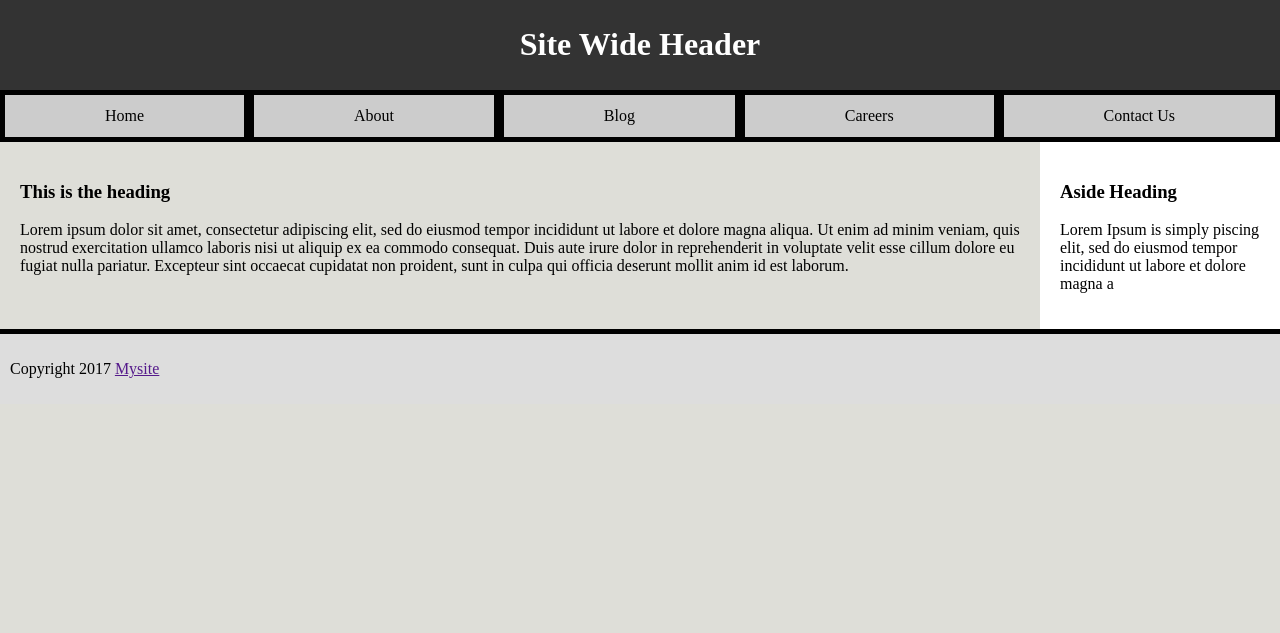
Repository: ayeza-baseer/AssignmentFlexbox
Page: assignment.html
The author's editor kept a copy of each file at every save. The page is drawn from the files as they stood at one save, then again after the next save.
The browser window is 1280 px wide. The pictures show the whole page.

Above is the page before, as saved 2023-03-17 16:25:29.

After the next save:
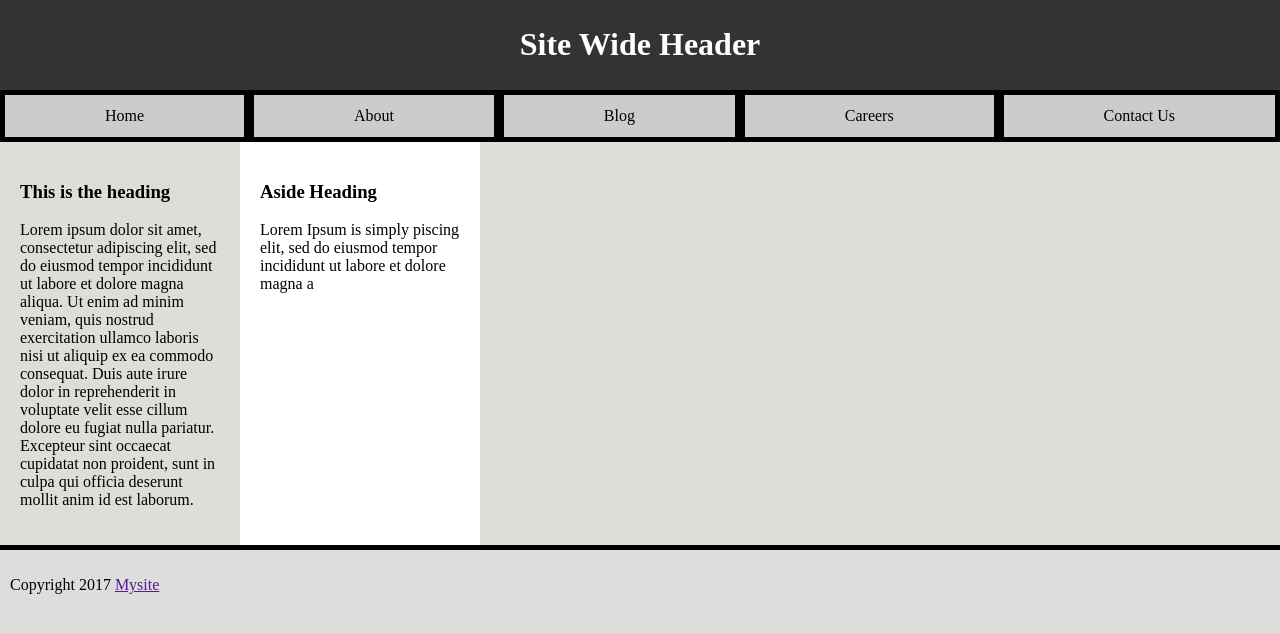
Saved 13 s later.
--- a/assignment.css
+++ b/assignment.css
@@ -49,7 +49,7 @@ body {
 
 /* Main column */
 .row >.main {
-  flex:1 1 70%;
+    width: 200px;
   padding: 20px;
 }
 
